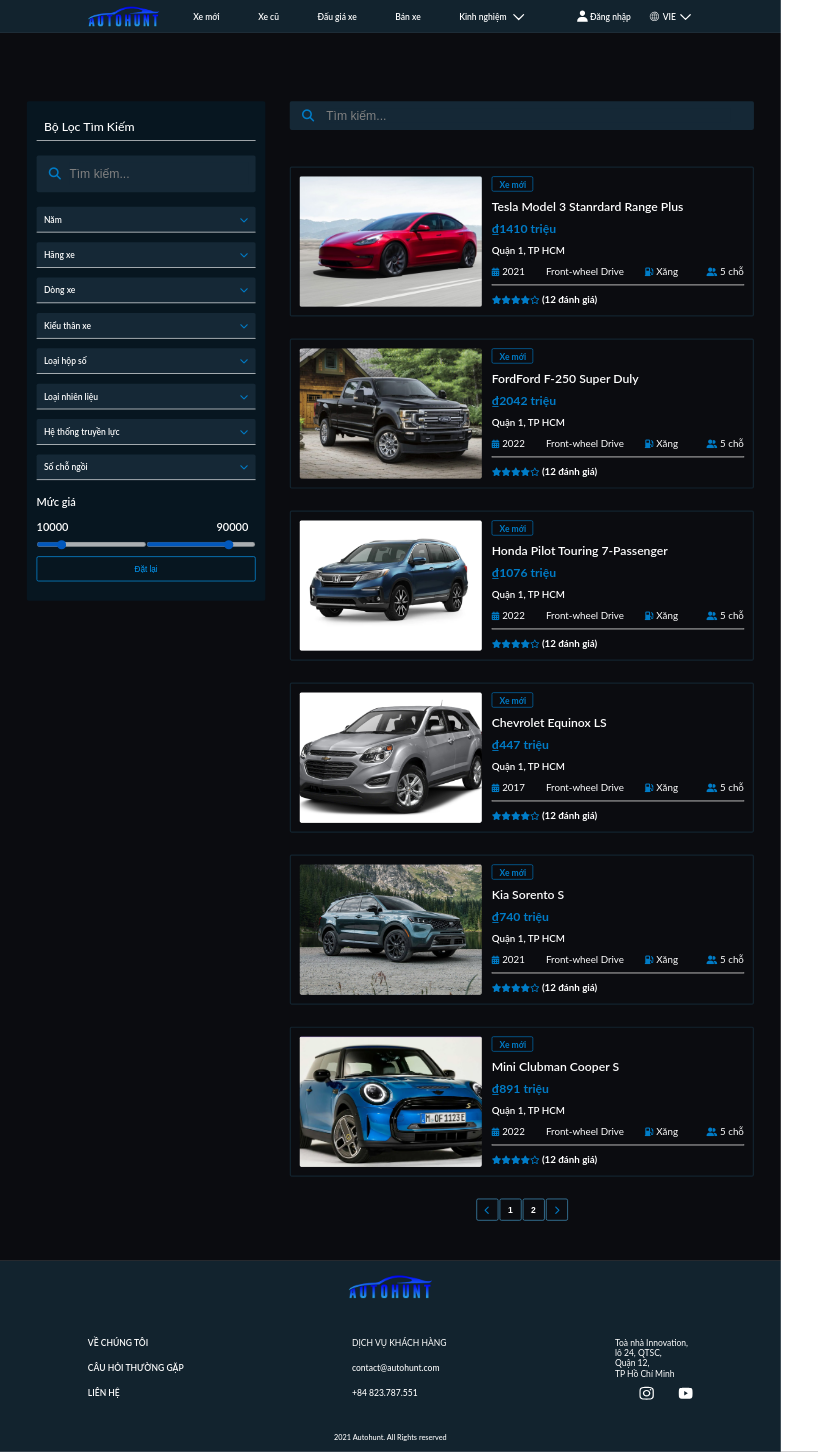
Repository: dang-khai/duan1
Page: http://localhost/product
The author's editor kept a copy of each file at every save. The page is drawn from the files as they stood at one save, then again after the next save.
The browser window is 1280 px wide. The page is 1341 px wide, so the pictures cover 1341 px, including what lies to the right of the window. The pictures show the whole page, at 61% of full size.
The page is served by the project's Laravel application, run on PHP 8.4 with Laravel 9. Other server files are loaded and not shown.

Above is the page before, as saved 2022-12-06 19:56:52.

### routes/web.php
<?php

use Illuminate\Support\Facades\Route;
use App\Http\Controllers\Admin\HomeController;
use App\Http\Controllers\Admin\ProductController;
use App\Http\Controllers\Admin\CategoryController;
use Illuminate\Support\Facades\Auth;
use App\Http\Controllers\HomeController as HomeController_user;
use App\Http\Controllers\Login\LoginController;
use App\Http\Controllers\Login\RegisterController;

/*
|--------------------------------------------------------------------------
| Web Routes
|--------------------------------------------------------------------------
|
| Here is where you can register web routes for your application. These
| routes are loaded by the RouteServiceProvider within a group which
| contains the "web" middleware group. Now create something great!
|
*/

Route::get('/', function () {
    return view('users.pages.home');
})->name('user_home'); // Trang home guests

//Route admin
Route::prefix('admin')->middleware(['auth', 'isAdmin'])->group(function () {
    Route::get('/', [HomeController::class, 'home'])->name('admin_home'); //trang home admin

    //route product
    Route::prefix('product')->group(function () {
        Route::get('/', [ProductController::class, 'product'])->name('admin_product'); // trang product admin
        Route::post('/edit', [ProductController::class, 'edit_product'])->name('admin_edit'); // edit product admin
        Route::post('/addProduct', [ProductController::class, 'addProduct'])->name('admin_addProduct'); // add product admin
        Route::post('/deleteProduct/{id}', [ProductController::class, 'deleteProduct'])->name('admin_deleteProduct'); // add product admin

        // route images
        Route::get('/image/{id}', [ProductController::class, 'image'])->name('admin_imgProduct'); // product image admin
        Route::post('/addImage/{id}', [ProductController::class, 'addImage'])->name('admin_addImage'); // add product image admin
        Route::post('/deleteImgs/{id}', [ProductController::class, 'deleteAllImage'])->name('admin_deleteImages'); // product image admin
        Route::post('/deleteImg/{id}', [ProductController::class, 'deleteImage'])->name('admin_deleteImage'); // product image admin
    });

    //route category
    Route::prefix('category')->group(function () {
        Route::get('/', [CategoryController::class, 'category'])->name('admin_category'); // trang category admin
        Route::post('/edit', [CategoryController::class, 'editCategory'])->name('admin_editCategory'); // edit product admin
        Route::post('/addcategory', [CategoryController::class, 'addCategory'])->name('admin_addCategory'); // add product admin
        Route::post('/deletecategory/{id}', [CategoryController::class, 'deleteCategory'])->name('admin_deleteCategory'); // add product admin
    });

    Route::get('/customers', [HomeController::class, 'customers'])->name('admin_customers'); //trang customers admin
    Route::get('/orders', [HomeController::class, 'orders'])->name('admin_orders'); //trang orders admin
});

Auth::routes(['login' => false, 'register' => false, 'verify' => true]);

Route::get('/home', [HomeController_user::class, 'index'])->name('home'); //Trang home guests and users

Route::get('/product/details', function () {
    return view('users.pages.product-detail');
});

Route::get('/product', function () {
    return view('users.pages.product');
});

Route::get('/test-verify', function () {
    return view('users.pages.login');
})->middleware('verified');

Route::get('/login', [LoginController::class, 'ShowFormLogin'])->name('get.login');
Route::post('/login', [LoginController::class, 'PostLogin'])->name('post.login');
Route::get('/register', [RegisterController::class, 'ShowFormRegister'])->name('get.register');
Route::post('/register', [RegisterController::class, 'PostRegister'])->name('post.register');

### resources/views/users/pages/product.blade.php
@extends('users.master.master')

@section('title', 'Product')

@section('css')
    <link rel="stylesheet" href="https://cdnjs.cloudflare.com/ajax/libs/font-awesome/6.2.0/css/all.min.css" />
    <link rel="stylesheet" href="{{ asset('css/new-car.css') }}">
    {{-- <script src="https://ajax.googleapis.com/ajax/libs/jquery/3.6.0/jquery.min.js"></script> --}}
    {{-- <script src="https://github.com/jquery/jquery/blob/master/src/css/hiddenVisibleSelectors.js"></script> --}}
    {{-- <script src="http://ajax.aspnetcdn.com/ajax/jquery.validate/1.9/jquery.validate.min.js" type="text/javascript"></script> --}}
    {{-- <script src="https://cdnjs.cloudflare.com/ajax/libs/rangeslider.js/2.3.3/rangeslider.min.css"></script> --}}
@endsection

@section('content')
    <main>
        <div class="content-newcar container--1192 flex-around">
            <div class="filter-pane">
                <div class="filter-text">
                    <span>Bộ Lọc Tìm Kiếm</span>
                </div>

                <!--  -->
                <div class="find-area filter-group flex-row">
                    <span class="btn-search" onclick="find()"><i class="fa-solid fa-magnifying-glass"></i></span>
                    <input type="text" placeholder="Tìm kiếm..." class="input-filter" value="" />
                </div>

                <!--  -->
                <div id="accordion">
                    <form action="">
                        <div class="filter-group">
                            <div class="dropbtn cap flex-around">
                                <span>Năm</span>
                                <span><i class="fa-solid fa-chevron-down"></i></span>
                            </div>
                            <div class="ct flex-col box-filter dropdown-content">
                                <label><input type="checkbox" class="namSX checkmark" value="2016" />2016</label>
                                <label><input type="checkbox" class="namSX checkmark" value="2017" />2017</label>
                                <label><input type="checkbox" class="namSX checkmark" value="2018" />2018</label>
                                <label><input type="checkbox" class="namSX checkmark" value="2019" />2019</label>
                                <label><input type="checkbox" class="namSX checkmark" value="2020" />2020</label>
                                <label><input type="checkbox" class="namSX checkmark" value="2021" />2021</label>
                                <label><input type="checkbox" class="namSX checkmark" value="2022" />2022</label>
                            </div>
                        </div>
                        <div class="filter-group">
                            <div class="dropbtn cap flex-around">
                                <span>Hãng xe</span>
                                <span><i class="fa-solid fa-chevron-down"></i></span>
                            </div>
                            <div class="ct flex-col box-filter dropdown-content">
                                <label><input type="checkbox" class="hangXe checkmark" value="Audi" />Audi</label>
                                <label><input type="checkbox" class="hangXe checkmark" value="Ford" />Ford</label>
                                <label><input type="checkbox" class="hangXe checkmark" value="Chevrolet" />Chevrolet</label>
                                <label><input type="checkbox" class="hangXe checkmark" value="Tesla" />Tesla</label>
                                <label><input type="checkbox" class="hangXe checkmark" value="Honda" />Honda</label>
                                <label><input type="checkbox" class="hangXe checkmark" value="Kia" />Kia</label>
                                <label><input type="checkbox" class="hangXe checkmark" value="BMW" />BMW</label>
                            </div>
                        </div>
                        <div class="filter-group">
                            <div class="cap flex-around">
                                <span>Dòng xe</span>
                                <span><i class="fa-solid fa-chevron-down"></i></span>
                            </div>
                            <div class="ct flex-col box-filter dropdown-content">

                            </div>
                        </div>
                        <div class="filter-group">
                            <div class="cap flex-around">
                                <span>Kiểu thân xe</span>
                                <span><i class="fa-solid fa-chevron-down"></i></span>
                            </div>
                            <div class="ct flex-col box-filter dropdown-content">

                            </div>
                        </div>
                        <div class="filter-group">
                            <div class="cap flex-around">
                                <span>Loại hộp số</span>
                                <span><i class="fa-solid fa-chevron-down"></i></span>
                            </div>
                            <div class="ct flex-col box-filter dropdown-content">

                            </div>
                        </div>
                        <div class="filter-group">
                            <div class="cap flex-around">
                                <span>Loại nhiên liệu</span>
                                <span><i class="fa-solid fa-chevron-down"></i></span>
                            </div>
                            <div class="ct flex-col box-filter dropdown-content">

                            </div>
                        </div>
                        <div class="filter-group">
                            <div class="cap flex-around">
                                <span>Hệ thống truyền lực</span>
                                <span><i class="fa-solid fa-chevron-down"></i></span>
                            </div>
                            <div class="ct flex-col box-filter dropdown-content">

                            </div>
                        </div>
                        <div class="filter-group">
                            <div class="cap flex-around">
                                <span>Số chỗ ngồi</span>
                                <span><i class="fa-solid fa-chevron-down"></i></span>
                            </div>
                            <div class="ct flex-col box-filter dropdown-content">

                            </div>
                        </div>

                        <div class="value-range">
                            Mức giá
                        </div>
                        <div class="flex-around value-range">
                            <div id="output1"></div>
                            <div id="output2"></div>

                        </div>
                        <div class="slidecontainer">

                            <input type="range" min="0" max="50000" value="10000" class="slider"
                                id="myRange1">
                            <input type="range" min="55000" max="100000" value="90000" class="slider"
                                id="myRange2">
                        </div>

                        <div class="filter-group text-center">
                            <div class="ct">
                                <button type="reset" class="btn-reset">Đặt lại</button>
                            </div>
                        </div>
                    </form>
                </div>
            </div>
            <div class="product">
                <div class="product-card1">
                    <div class="find-area filter-group">
                        <span class="btn-search" onclick="find()"><i class="fa-solid fa-magnifying-glass"></i></span>
                        <input type="text" placeholder="Tìm kiếm..." class="search input-filter" value="" />
                    </div>
                    <div class="filter-result1">

                        <div class="result3">
                            <i class="fa-solid fa-grid-2" style="color: #4da8da"></i>
                        </div>
                    </div>
                </div>
                <div id="list1"></div>

                <div class="pagination">
                    <button>
                        <span><i class="fa-solid fa-chevron-down fa-rotate-90"></i></span>
                    </button>
                    <button><span>1</span></button>
                    <button><span>2</span></button>
                    <button>
                        <span><i class="fa-solid fa-chevron-down fa-rotate-270"></i></span>
                    </button>
                </div>
            </div>
        </div>
    </main>
@endsection

@section('js')
    <script>
        let arrCar = [{
                tenXe: "Tesla Model 3 Stanrdard Range Plus",
                giaXe: 1410,
                hinhXe: "./img/Tesla.png",
                hangXe: "Telsa",
                namSX: "2021",
            },
            {
                tenXe: "FordFord F-250 Super Duly",
                giaXe: 2042,
                hinhXe: "./img/Ford.png",
                hangXe: "Ford",
                namSX: "2022",
            },
            {
                tenXe: "Honda Pilot Touring 7-Passenger",
                giaXe: 1076,
                hinhXe: "./img/Honda.png",
                hangXe: "Honda",
                namSX: "2022",
            },
            {
                tenXe: "Chevrolet Equinox LS",
                giaXe: 447,
                hinhXe: "./img/Chevrolet.png",
                hangXe: "Chevrolet",
                namSX: "2017",
            },
            {
                tenXe: "Kia Sorento S",
                giaXe: 740,
                hinhXe: "./img/Kia.png",
                hangXe: "Kia",
                namSX: "2021",
            },
            {
                tenXe: "Mini Clubman Cooper S",
                giaXe: 891,
                hinhXe: "./img/Mini_Cooper.png",
                hangXe: "Audi",
                namSX: "2022",
            },
        ];
        var countCarDisplay = 0;

        // Tìm xe

        const searchInput = document.querySelector(".search");
        let searchValue = "";


        searchInput.addEventListener("input", function(e) {
            let newCar = [];
            let searchValue = e.target.value;
            newCar = arrCar.filter((item) =>
                item.tenXe
                .toLowerCase()
                .trim()
                .includes(searchValue.toLowerCase().trim())
            );
            console.log(newCar);
            if (searchValue) {

            }
            // else {
            //     arrCar = [{
            //             tenXe: "Tesla Model 3 Stanrdard Range Plus",
            //             giaXe: 1410,
            //             hinhXe: "./img/Tesla.png",
            //             hangXe: "Telsa",
            //             namSX: "2021",
            //         },
            //         {
            //             tenXe: "FordFord F-250 Super Duly",
            //             giaXe: 2042,
            //             hinhXe: "./img/Ford.png",
            //             hangXe: "Ford",
            //             namSX: "2022",
            //         },
            //         {
            //             tenXe: "Honda Pilot Touring 7-Passenger",
            //             giaXe: 1076,
            //             hinhXe: "./img/Honda.png",
            //             hangXe: "Honda",
            //             namSX: "2022",
            //         },
            //         {
            //             tenXe: "Chevrolet Equinox LS",
            //             giaXe: 447,
            //             hinhXe: "./img/Chevrolet.png",
            //             hangXe: "Chevrolet",
            //             namSX: "2017",
            //         },
            //         {
            //             tenXe: "Kia Sorento S",
            //             giaXe: 740,
            //             hinhXe: "./img/Kia.png",
            //             hangXe: "Kia",
            //             namSX: "2021",
            //         },
            //         {
            //             tenXe: "Mini Clubman Cooper S",
            //             giaXe: 891,
            //             hinhXe: "./img/Mini_Cooper.png",
            //             hangXe: "Audi",
            //             namSX: "2022",
            //         },
            //     ];
            // }
            if (newCar) {
                displayCar(newCar);
            }
        });
        displayCar(arrCar);

        function displayCar(arrCar = [], namSX_arr = [], hangXe_arr = []) {
            console.log(arrCar.length);
            var list1 = document.getElementById("list1");

            list1.innerHTML = "";
            if (arrCar.length < 0) return false;
            for (i = 0; i < arrCar.length; i++) {
                ten = arrCar[i].tenXe;
                hinh = arrCar[i].hinhXe;
                gia = arrCar[i].giaXe;
                nam = arrCar[i].namSX;
                hang = arrCar[i].hangXe;
                if (namSX_arr.length > 0) {
                    if (namSX_arr.includes(nam) == false) continue;
                    // Bỏ qua xe không có năm sản xuất trùng;
                }
                if (hangXe_arr.length > 0) {
                    if (hangXe_arr.includes(hang) == false) continue;
                }
                // Bỏ qua xe không cùng hãng;
                countCarDisplay++;
                list1.innerHTML += `
      <div class="product-card">
              <img src="${hinh}">
              <div class="product-info">
                  <div class="product-new">
                      <span>Xe mới</span>
                  </div>
                  <div class="product-name">
                      <span>${ten}</span>
                  </div>
                  <div class="product-price">
                      <span>₫${gia} triệu</span>
                  </div>
                  <div class="product-location">
                      <span>Quận 1, TP HCM</span>
                  </div>
                  <div class="product-status">
                      <div class="product-status1">
                          <i class="fa-solid fa-calendar-days" style="color: #007CC7;"></i><span
                              class="status">${nam}</span>
                      </div>
                      <div class="product-status2">
                          <i class="fa-solid fa-steering-wheel" style="color: #007CC7;"></i><span
                              class="status">Front-wheel Drive</span>
                      </div>
                      <div class="product-status3">
                          <i class="fa-solid fa-gas-pump" style="color: #007CC7;"></i><span
                              class="status">Xăng</span>
                      </div>
                      <div class="product-status4">
                          <i class="fa-solid fa-user-group" style="color: #007CC7;"></i><span class="status">5
                              chỗ</span>
                      </div>
                  </div>
                  <div class="product-line"></div>
                  <div class="product-rate">
                      <i class="fa-solid fa-star"></i><i class="fa-solid fa-star"></i><i
                          class="fa-solid fa-star"></i><i class="fa-solid fa-star"></i><i
                          class="fa-regular fa-star"></i>
                      <span>(12 đánh giá)</span>
                  </div>
              </div>
          </div>`;
            }
        }


        function chooseCar() {
            // Xem user chọn năm nào => namSX_arr
            var arr1 = document.getElementsByClassName("namSX");
            var namSX_arr = [];
            for (i = 0; i < arr1.length; i++) {
                if (arr1[i].checked == true) namSX_arr.push(arr1[i].value);
            }

            // Xem user chọn Hãng nào => hangXe_arr
            var arr2 = document.getElementsByClassName("hangXe");
            var hangXe_arr = [];
            for (i = 0; i < arr2.length; i++) {
                if (arr2[i].checked == true) hangXe_arr.push(arr2[i].value);
            }

            // Xem user chọn giá nào => giaXe_arr

            displayCar(namSX_arr, hangXe_arr);
        }

        // arr = document.getElementsByClassName('namSX');
        // for(i=0;i<arr.length;i++){
        //     arr[i].addEventListener("click",chooseCar)
        // }
        // arr = document.getElementsByClassName('hangXe');
        // for(i=0;i<arr.length;i++){
        //     arr[i].addEventListener("click",chooseCar)
        // }

        function find() {
            chooseCar();
        }

        const links = document.querySelectorAll(".dropbtn");
        const dropdown = document.querySelectorAll(".box-filter");

        dropdown.forEach((element) => {
            const height = element.offsetHeight;
            element.style.marginTop = `${-height}px`;
        });
        links.forEach((link) => {
            link.addEventListener("click", function(e) {
                const target = e.currentTarget;
                const ele = target.nextElementSibling;

                dropdown.forEach((element) => {
                    if (element !== ele) {
                        element.previousElementSibling.classList.remove(
                            "active"
                        );
                        // element.classList.remove("");
                    }
                });
                target.classList.toggle("active");
                ele.classList.toggle("box-filter");
            });
        });

        // Range
        var slider1 = document.getElementById("myRange1");

        var slider2 = document.getElementById("myRange2");

        var output1 = document.getElementById("output1");
        var output2 = document.getElementById("output2");
        output1.innerHTML = slider1.value; // Display the default slider value
        output2.innerHTML = slider2.value; // Display the default slider value
        // Display the default slider value
        // Update the current slider value (each time you drag the slider handle)
        slider1.oninput = function() {
            output1.innerHTML = this.value;
        };
        slider2.oninput = function() {
            output2.innerHTML = this.value;
        };
    </script>
@endsection

### resources/views/users/master/master.blade.php
<!DOCTYPE html>
<html lang="en">

<head>
    <meta charset="UTF-8">
    <meta http-equiv="X-UA-Compatible" content="IE=edge">
    <meta name="viewport" content="width=device-width, initial-scale=1.0">
    <title>@yield('title')</title>
    <link rel="stylesheet" type="text/css" href="{{ asset('css/slick-slider/slick.css') }}" />
    @yield('css')
</head>

<body>
    @if (Route::current()->getName() == 'user_home' || Route::current()->getName() == 'home')
        @include('users.partial.header')
    @else
        @include('users.partial.header-detail')
    @endif

    @yield('content')

    @include('users.partial.footer')

    @yield('js')

</body>

</html>

Loaded but not shown: app/Http/Controllers/Auth/ConfirmPasswordController.php (common file); app/Http/Controllers/Controller.php (common file); public/css/slick-slider/slick.css (common file); public/icon/clarity_world-line.svg (4 lines, source omitted); public/icon/instagram.svg (10 lines, source omitted); public/icon/codicon_bell-dot.svg (11 lines, source omitted); public/icon/gr27.svg (14 lines, source omitted); public/icon/youtube.svg (3 lines, source omitted); public/icon/clear.svg (10 lines, source omitted); public/icon/bx_bxs-user.svg (3 lines, source omitted); public/icon/bx_bx-menu.svg (3 lines, source omitted); public/icon/akar-icons_chevron-down.svg (3 lines, source omitted); public/js/menu-mobile-show.js (10 lines, source omitted); public/css/new-car.css (1329 lines, source omitted); resources/views/users/partial/header-detail.blade.php (175 lines, source omitted); resources/views/users/partial/footer.blade.php (40 lines, source omitted)

After the next save:
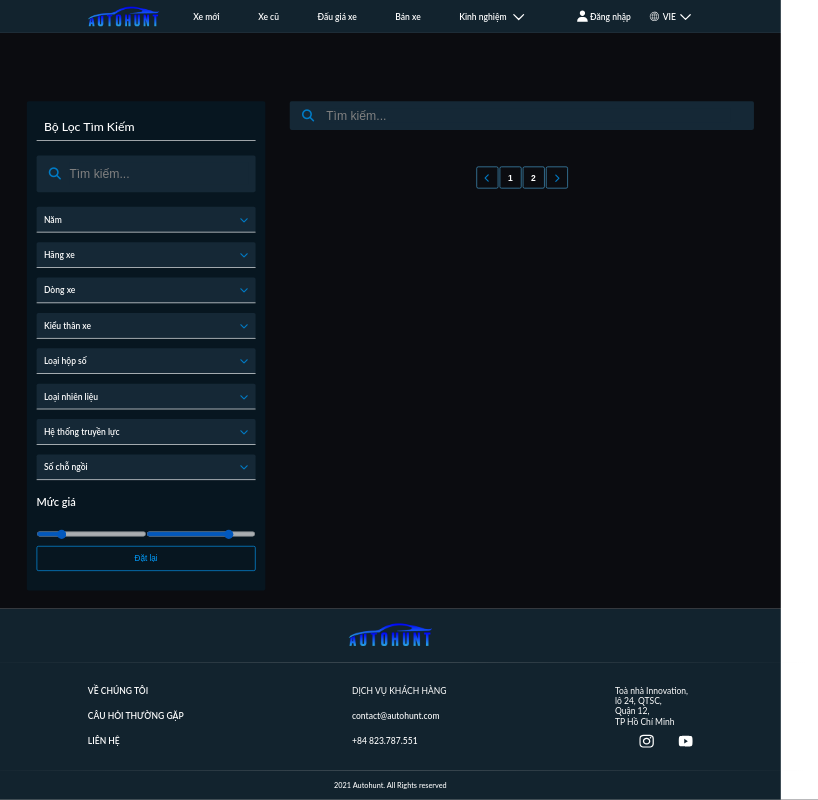
Console error: SyntaxError: Unexpected token '.'
Saved 35 min 8 s later.
--- a/resources/views/users/pages/product.blade.php
+++ b/resources/views/users/pages/product.blade.php
@@ -169,6 +169,11 @@
 
 @section('js')
     <script>
+        .fetch('http://127.0.0.1:8000/api/allProduct');
+        .then(response => response.json)
+        .then(data=>{
+            console.log(data);
+        })
         let arrCar = [{
                 tenXe: "Tesla Model 3 Stanrdard Range Plus",
                 giaXe: 1410,
